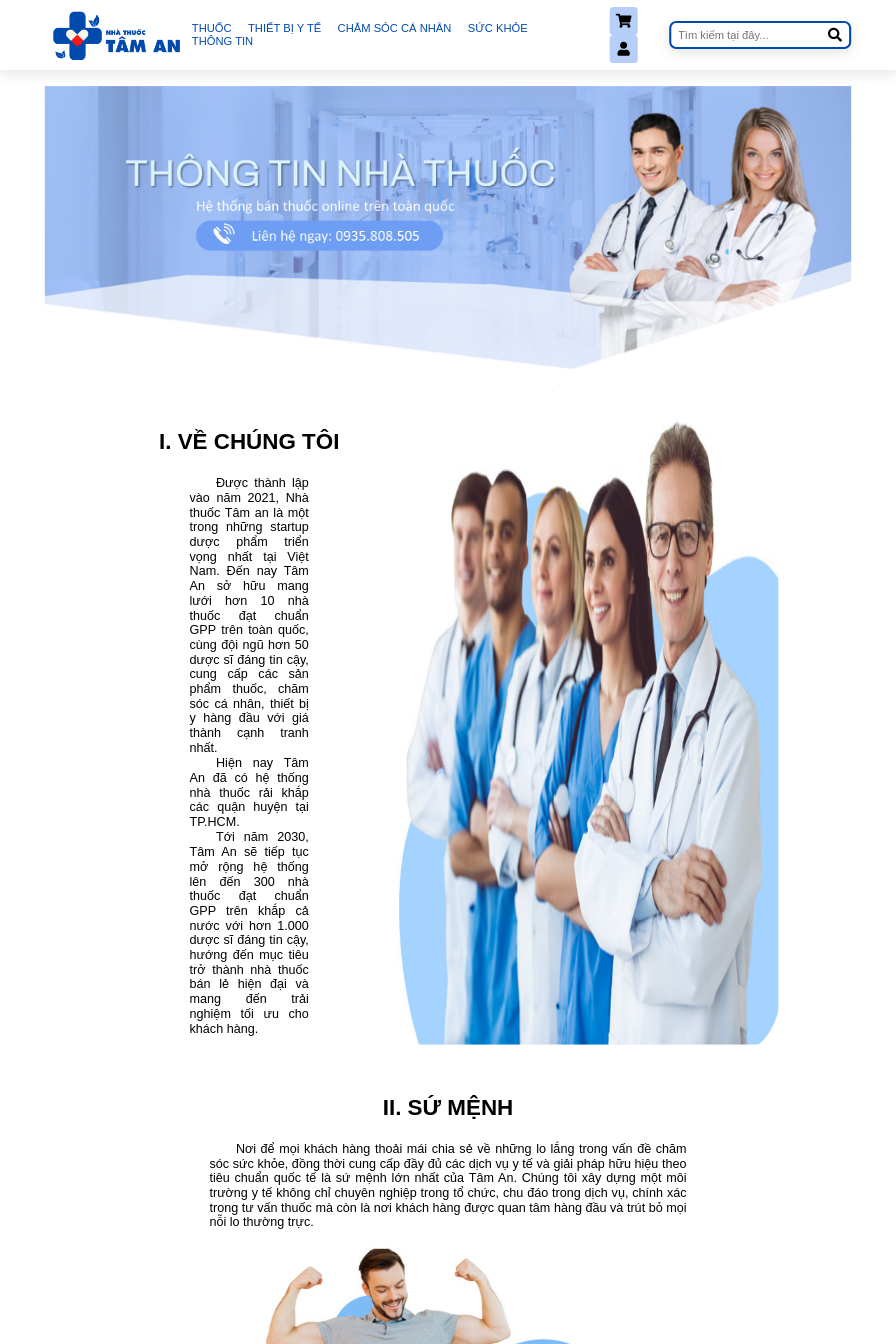
Repository: ViralAIWorks/TamAnPharmacy.github.io
Page: pages/thongtin.html
These files come from the project's save history. The page is drawn as it stood at one moment and after the next save; the edit follows.
The browser window is 1280 px wide. The pictures show the part of the page from y = 0 to 1920 px (the page is 2915 px tall), at 70% of full size.
Some web fonts or font styles are not loaded; a fallback is used.

Above is the page before, as saved 2022-03-14 10:26:52.

### pages/thongtin.html
<!DOCTYPE html>

<html lang="en">

<head>
    <meta charset="utf-8" />
    <meta http-equiv="X-UA-Compatible" content="IE-edge" />
    <meta name="viewport" content="width=devive-width, initial-scale=1.0" />
    <title>Tâm An - About Us</title>
    <link href="images/logo/Tâm An Pharmacy.png" rel="icon" />
    <!--CSS cho icon va framework-->
    <link rel="stylesheet" href="https://cdnjs.cloudflare.com/ajax/libs/font-awesome/5.15.4/css/all.min.css" />
    <!--Custom css-->
    <link href="style/style_cactrang.css" rel="stylesheet" />
    <!--Css cho mobile-->
    <link rel="stylesheet" href="https://unpkg.com/swiper@7/swiper-bundle.min.css" />
</head>

<body>
    <!--Tạo header-->
    <header class="header">
        <a href="/index.html">

            <img src="images/logo/logo2.png" class="logo" width="200" height="200" alt="tamanlogo" />
        </a>
        <!--tao thanh navbar-->
        <nav class="navbar">
            <a href="thuoc.html">THUỐC</a>
            <a href="thietbiyte.html">THIẾT BỊ Y TẾ</a>
            <a href="chamsoccanhan.html">CHĂM SÓC CÁ NHÂN</a>
            <a href="suckhoe.html">SỨC KHỎE</a>
            <a href="thongtin.html">THÔNG TIN</a>
        </nav>
        <!--tao thanh tim kiem, gio hang va nutlogin-->
        <div class="icons">
            <div class="fas fa-search" id="search-btn"></div>
            <div class="fas fa-shopping-cart" id="cart-btn"></div>
            <div class="fas fa-user" id="login-btn"></div>
        </div>

        <!--Tao form tim kiem-->
        <form action="" class="search-form">
            <input type="search" id="search-box" placeholder="Tìm kiếm tại đây..." />
            <label for="search-box" class="fas fa-search"></label>
        </form>
    </header>

    <!-- bodythongtin -->
    <main class="pagethongtin">
        <img src="images/aboutus.jpg" id="aboutus-picture">
        <br>
        <div class="content">
            <!-- Về chúng tôi -->
            <div class="infomation">
                <div class="flex-info">
                    <div>
                        <h3 class="titleSize">I. VỀ CHÚNG TÔI</h3>
                        <p class="align-p"> Được thành lập vào năm 2021, Nhà thuốc Tâm an là một trong những startup dược phẩm triển vọng nhất tại Việt Nam. Đến nay Tâm An sở hữu mang lưới hơn 10 nhà thuốc đạt chuẩn GPP trên toàn quốc, cùng đội ngũ hơn 50 dược sĩ đáng tin
                            cậy, cung cấp các sản phẩm thuốc, chăm sóc cá nhân, thiết bị y hàng đầu với giá thành cạnh tranh nhất.
                            <p class="align-p"> Hiện nay Tâm An đã có hệ thống nhà thuốc rải khắp các quận huyện tại TP.HCM.</p>
                            <p class="align-p"> Tới năm 2030, Tâm An sẽ tiếp tục mở rộng hệ thống lên đến 300 nhà thuốc đạt chuẩn GPP trên khắp cả nước với hơn 1.000 dược sĩ đáng tin cậy, hướng đến mục tiêu trở thành nhà thuốc bán lẻ hiện đại và mang đến trải nghiệm tối
                                ưu cho khách hàng.</p>
                        </p>
                    </div>
                    <img src="images/4NewInfo/2.png" class="img25-position">
                </div>
            </div>
            <br>
            <!-- Sứ mệnh -->
            <div class="destiny">
                <div class="grid-des">
                    <div id="margin-des">
                        <h3 class="titleSize">II. SỨ MỆNH</h3>
                        <p>Nơi để mọi khách hàng thoải mái chia sẻ về những lo lắng trong vấn đề chăm sóc sức khỏe, đồng thời cung cấp đầy đủ các dịch vụ y tế và giải pháp hữu hiệu theo tiêu chuẩn quốc tế là sứ mệnh lớn nhất của Tâm An. Chúng tôi xây dựng
                            một môi trường y tế không chỉ chuyên nghiệp trong tổ chức, chu đáo trong dịch vụ, chính xác trong tư vấn thuốc mà còn là nơi khách hàng được quan tâm hàng đầu và trút bỏ mọi nỗi lo thường trực.</p>
                        <img src="images/4NewInfo/3.png" id="img3-position">
                    </div>
                </div>
            </div>
            <br>
            <!-- Tầm nhìn -->
            <div class="vision">
                <div class="flex-vision">
                    <div>
                        <h3 class="titleSize">III. TẦM NHÌN</h3>
                        <p class="align-p">Chúng tôi hiểu rằng, y tế là một trong những lĩnh vực quan trọng bậc nhất để xây dựng một cộng đồng khỏe mạnh và phát triển. Đó là lý do Tâm An ra đời dựa trên nền tảng đội ngũ nhân sự có kinh nghiệm hoạt động dày dặn và những
                            nguồn lực dồi dào nhằm kiến tạo một môi trường y tế chuyên nghiệp, chất lượng, đầy đủ các dịch vụ, tạo ra nhiều tiện ích cho cộng đồng.</p>
                    </div>
                    <img src="images/4NewInfo/5.png" class="img25-position">
                </div>
            </div>
        </div>
    </main>
</body>
<footer>
    <div class="list">
        <div class="footer-menu">
            <h2>VỀ CHÚNG TÔI</h2>
            <div class="ft-list">
                <a href=""> Giới thiệu </a>
                <a href=""> Hệ thống cửa hàng </a>
                <a href=""> Giấy phép kinh doanh </a>
                <a href=""> Quy chế hoạt động </a>
                <a href=""> Chính sách đặt cọc </a>
                <a href=""> Chính sách đổi trả thuốc </a>
                <a href=""> Chính sách giao hàng </a>
                <a href=""> Chính sách bảo mật </a>
                <a href=""> Chính sách thanh toán </a>
                <a href=""> Kiểm tra hóa đơn điện tử </a>
                <a href=""> Tra cứu đơn hàng </a>
            </div>
        </div>
        <div class="footer-menu">
            <h2>DANH MỤC</h2>
            <div class="ft-list">
                <a href=""> Thực phẩm chức năng </a>
                <a href=""> Dược mỹ phẩm </a>
                <a href=""> Chăm sóc cá nhân </a>
                <a href=""> Thuốc </a>
                <a href=""> Trang thiết bị y tế </a>
                <a href=""> Bệnh </a>
            </div>
        </div>
        <div class="footer-menu">
            <h2>THỰC PHẨM CHỨC NĂNG</h2>
            <div class="ft-list">
                <a href="">Cải thiện tăng cường chức năng</a>
                <a href=""> Thảo dược-Thực phẩm tư nhân </a>
                <a href=""> Vitamin </a>
                <a href=""> Hỗ trợ điều trị </a>
                <a href=""> Canxi </a>
            </div>
        </div>
        <div class="footer-contact_width">
            <div class="ft-contact">
                <div>
                    <p class="ft-service">Tư vấn mua hàng (miễn phí)</p>
                    <a href="" class="phone">0696 9696 - Hotline</a>
                </div>
                <div>
                    <p class="ft-service">Góp ý, khiếu nại</p>
                    <a href="" class="phone">0123 4567 - Hotline</a>
                </div>

            </div>
        </div>
    </div>
</footer>

</html>

### pages/style/style_cactrang.css
@import url("https://fonts.googleapis.com/css2?family=Source+Sans+3:ital,wght@0,200;0,300;0,400;0,500;0,600;0,700;0,800;0,900;1,200;1,300;1,400;1,500;1,600;1,700;1,800;1,900&display=swap");
:root {
    --box-shadow: 0 0.5rem 1.5rem rgba(0, 0, 0, 0.1);
    --border: 0.2rem solid rgba(0, 0, 0, 0.1);
    --outline: 0.1rem solid rgba(0, 0, 0, 0.1);
    --outline-hover: 0.2rem solid var(--black);
}


/*css cho nen trang web*/

* {
    font-family: "Source Sans 3", sans-serif;
    padding: 0px;
    margin: 0px;
    box-sizing: border-box;
    outline: none;
    border: none;
    text-decoration: none;
    text-transform: None;
    transition: all 0.2s linear;
}

body {
    margin: 0 auto;
    width: auto;
}


/*html*/

html {
    font-size: 75%;
}


/*css cho header*/

.header {
    display: flex;
    justify-content: space-between;
    align-items: center;
    padding: 0px 5%;
    position: fixed;
    top: 0;
    left: 0;
    right: 0;
    background: white;
    z-index: 1000;
    box-shadow: var(--box-shadow);
    max-height: 100px;
}

.header .logo {
    cursor: pointer;
}

.header .navbar a {
    font-size: 16px;
    font-family: "Source Sans 3", sans-serif;
    color: #004aad;
    font-weight: 500;
    text-decoration: none;
    transition: all 0.3s ease 0s;
    display: inline-block;
    padding: 0px 10px;
}


/*hover: hieu ung khi di chuot toi vi tri*/

.header .navbar a:hover {
    color: aqua;
}

.header .icons div:hover {
    color: white;
}

.header .search-form label:hover {
    color: Highlight;
}

.header .icons div {
    height: 40px;
    width: 40px;
    line-height: 40px;
    border-radius: 5px;
    background: #b6cff9;
    color: var(--black);
    font-size: 20px;
    margin-left: 2px;
    cursor: pointer;
    text-align: center;
}


/*an icon tim kiem lon*/

#search-btn {
    display: none;
}

.header .search-form {
    position: sticky;
    overflow: hidden;
    border-radius: 10px;
    display: flex;
    box-shadow: var(--box-shadow);
    align-items: center;
    width: auto;
    height: 40px;
    border-style: solid;
    border-color: #004aad;
}

.header .search-form.active {
    right: 2rem;
    transition: 0.4s linear;
}

.header .search-form input {
    height: 100%;
    width: 100%;
    background: none;
    text-transform: none;
    font-size: 16px;
    color: var(--black);
    padding: 0px 10px;
}


/* icon kính lúp*/

.header .search-form label {
    font-size: 20px;
    padding-right: 10px;
    color: var(--black);
    cursor: pointer;
}


/*Picture*/

#aboutus-picture {
    position: center;
    width: 100%;
    height: 100%;
    display: block;
    padding-top: 2%;
}


/*Page Thong Tin*/

.pagethongtin {
    margin-top: 100px;
    margin-left: 5%;
    margin-right: 5%;
    font-family: "Source Sans 3", sans-serif;
    font-size: large;
}

main div h3 {
    text-align: center;
}

main div p {
    text-indent: 1cm;
    text-align: justify;
    margin: 1px 10%;
    padding-bottom: 0.5cm;
}

main {
    display: grid;
    grid-template-rows: auto;
}

.titleSize {
    font-size: xx-large;
    margin-bottom: 30px;
}

.flex-info,
.flex-vision {
    display: flex;
}

.content div {
    margin-top: 2%;
    padding: 0 50px;
}

.align-p {
    padding: 0 10%;
}

.grid-des {
    display: grid;
}

#img3-position {
    position: relative;
    left: 15%;
    width: auto;
    height: auto;
}

.img25-position {
    border-radius: 10%;
    width: auto;
}

.list {
    display: flex;
    margin-left: 10%;
    margin-top: 1%;
    text-align: left;
}

.footer-menu {
    width: 15%;
}

.footer-contact_width {
    width: 30%;
}

.ft-list {
    display: grid;
    font-size: medium;
}

.ft-list a {
    padding: 1% 0;
}

.ft-contact {
    display: flex;
}

.ft-contact div {
    padding-left: 10%;
    font-size: large;
}

.phone {
    color: #1d48ba;
    display: inline;
}

After the next save:
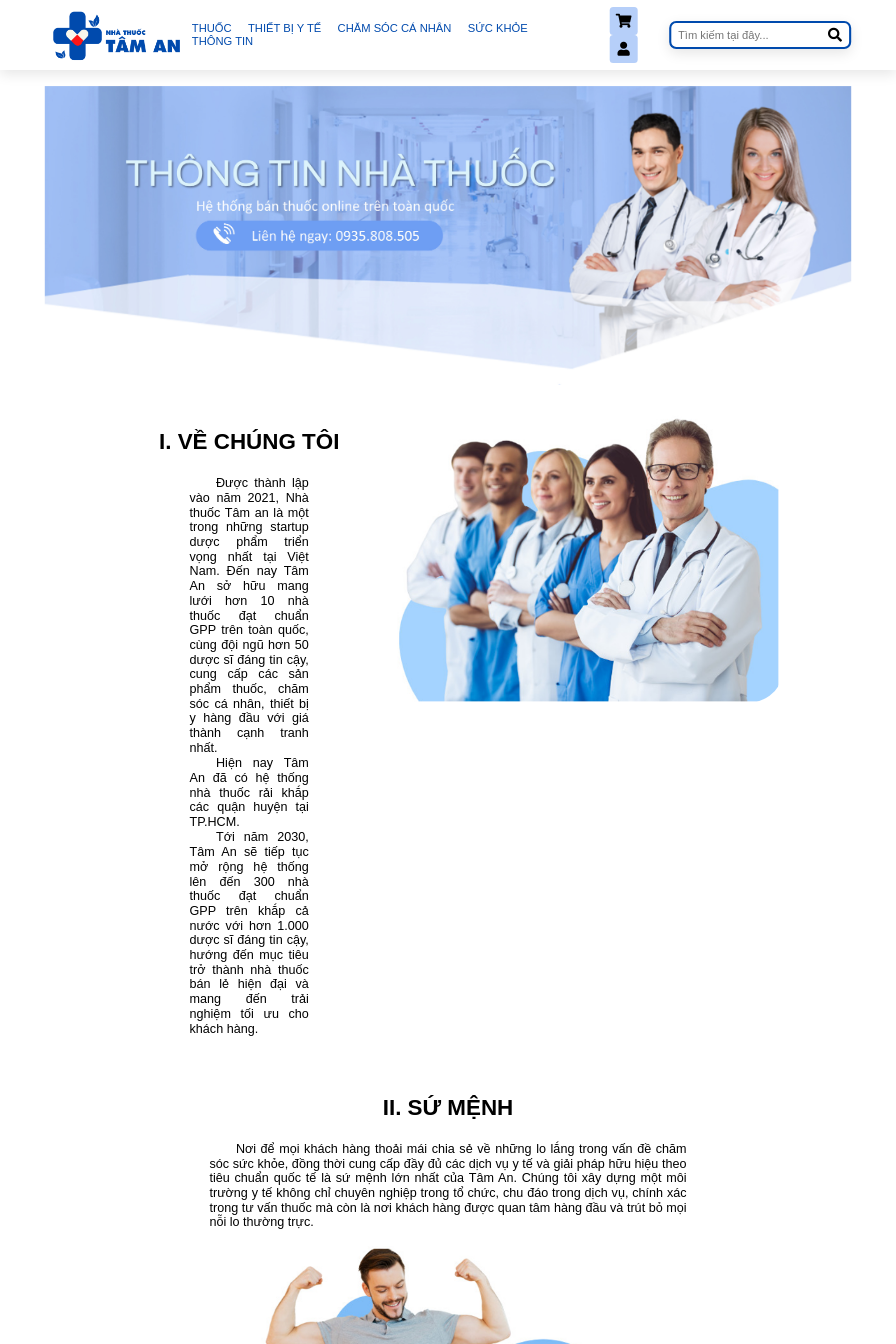
Saved 5 min 40 s later.
--- a/pages/thongtin.html
+++ b/pages/thongtin.html
@@ -62,7 +62,9 @@
                                 ưu cho khách hàng.</p>
                         </p>
                     </div>
-                    <img src="images/4NewInfo/2.png" class="img25-position">
+                    <left>
+                        <img src="images/4NewInfo/2.png" class="img25-position">
+                    </left>
                 </div>
             </div>
             <br>
